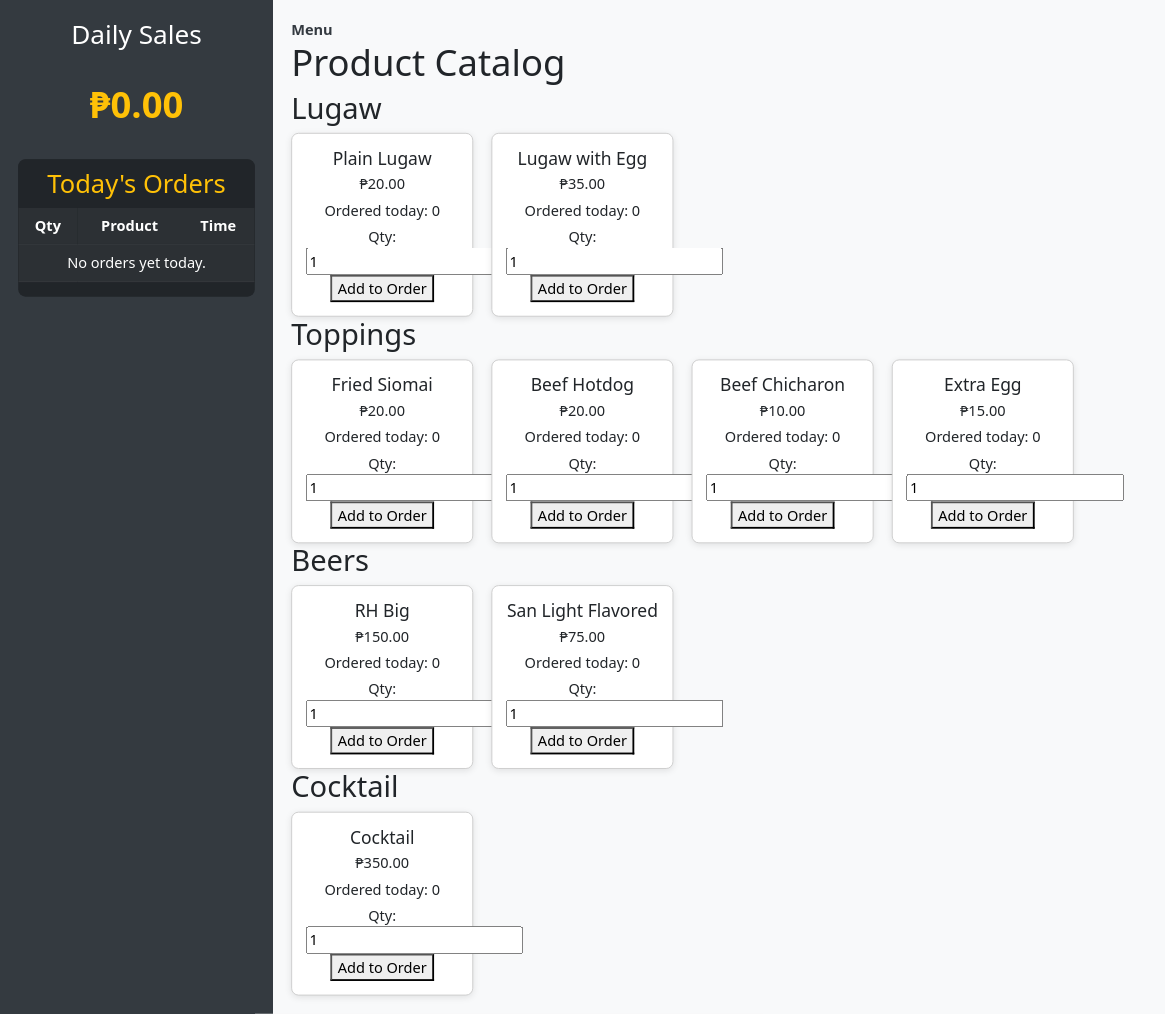
Repository: Jijiluzana225/lugawan_pitlane
Page: http://localhost/catalog/
An editor plug-in stored every save of this project. The page is shown before and after the next save, followed by the edit.
The browser window is 1280 px wide. The pictures show the whole page, at 91% of full size.
The page is served by the project's application, run on Django 5.2 (manage.py). The page reads the database file committed with the project.

Above is the page before, as saved 2025-03-06 09:40:32.

After the next save:
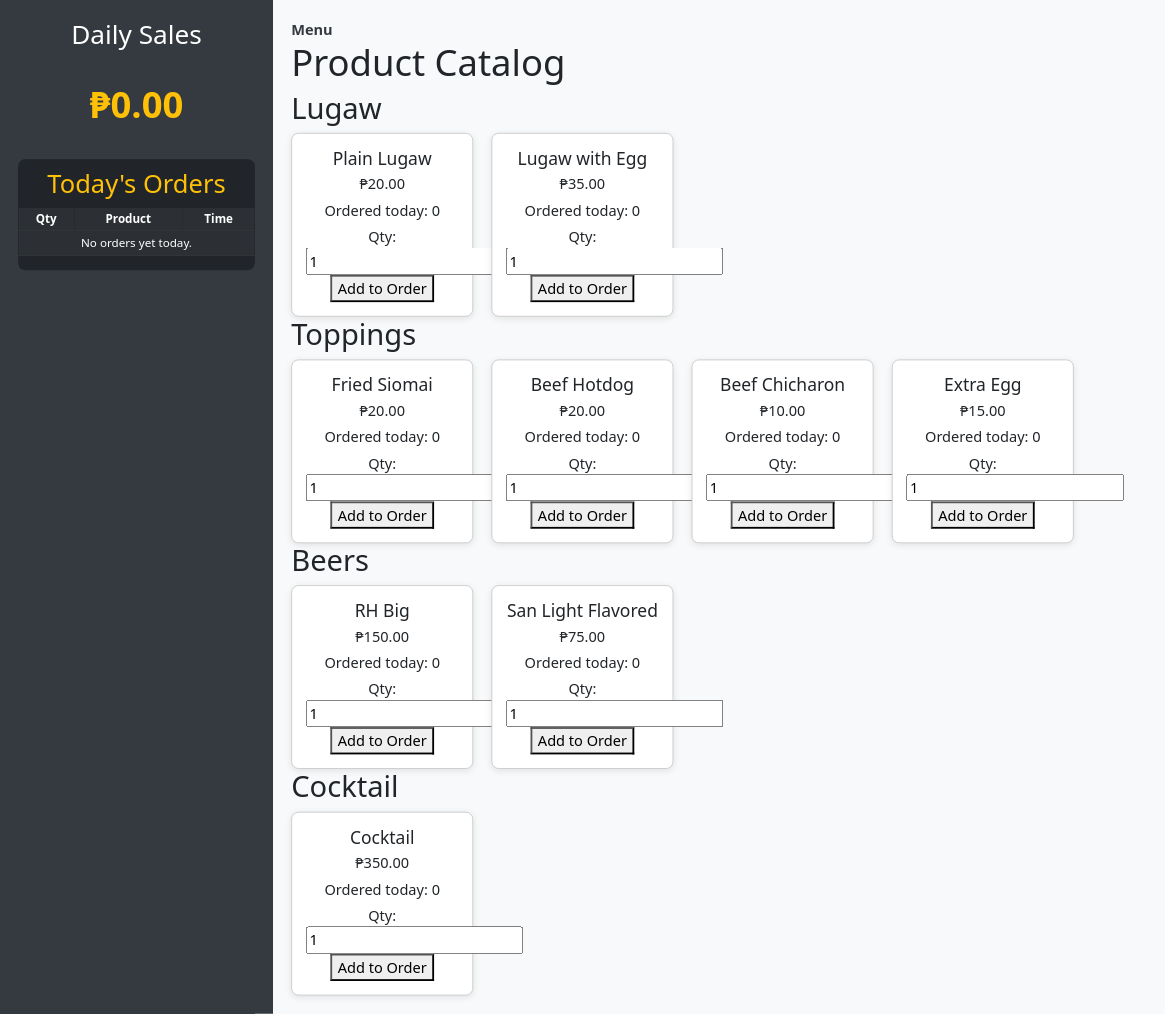
Saved 6 min 17 s later.
--- a/pos/templates/pos/base.html
+++ b/pos/templates/pos/base.html
@@ -72,15 +72,15 @@
 
         .scrollable-table table {
             width: 100%;
+            font-size: 0.8rem; /* Smaller font size */
         }
 
         .scrollable-table th, .scrollable-table td {
             text-align: center;
+            padding: 3px; /* Optional: tighten up spacing */
         }
 
-        .scrollable-table tr:nth-child(even) {
-            background-color: #343a40;
-        }
+
 
 
         .main-content {
